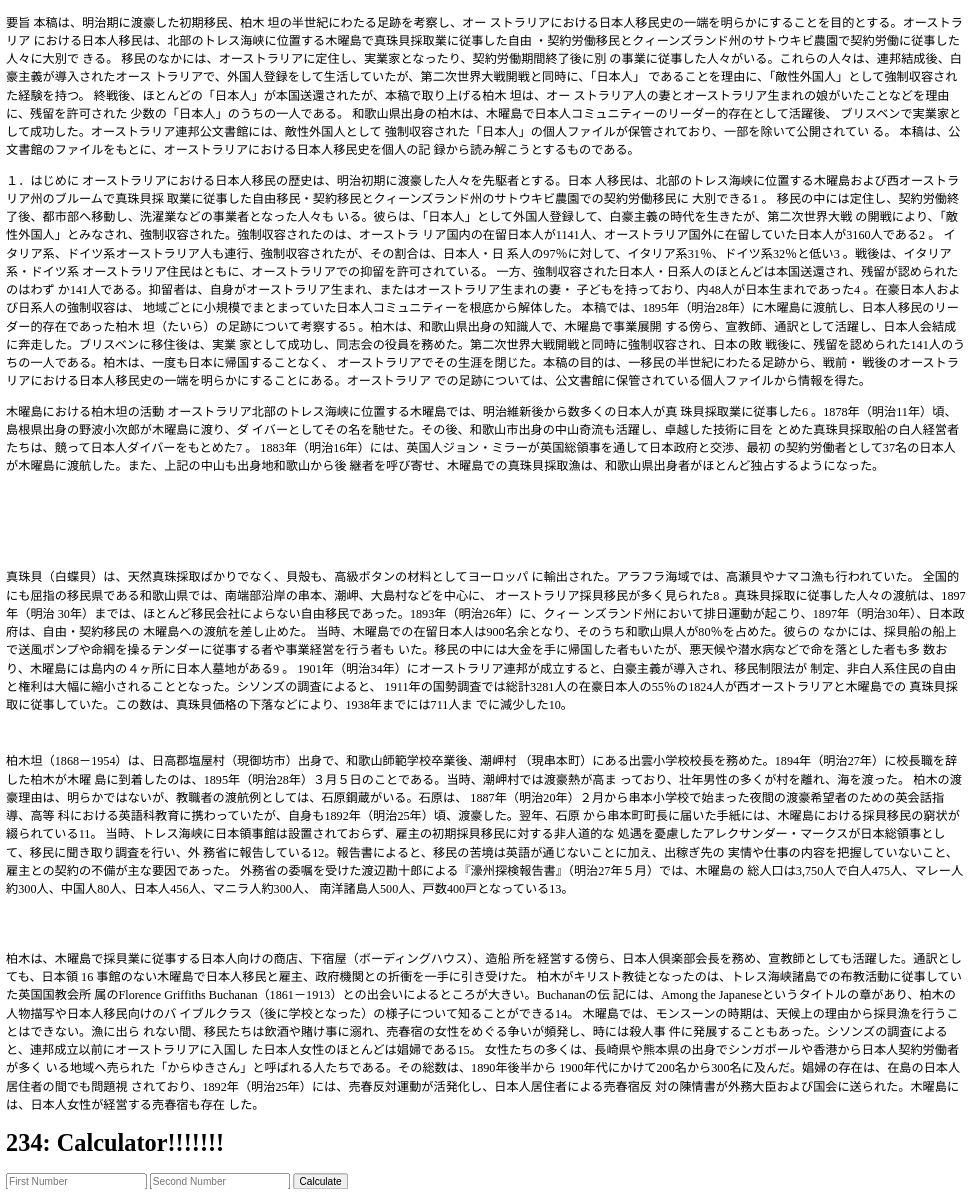
Repository: yoriss67/Folder-The-Complete-2023Web-Development-Bootcamp
Page: Calculator/index.html
The author's editor kept a copy of each file at every save. The page is drawn from the files as they stood at one save, then again after the next save.
The browser window is 1280 px wide. The pictures show the whole page, at 76% of full size.

Above is the page before, as saved 2022-12-22 15:57:44.

After the next save:
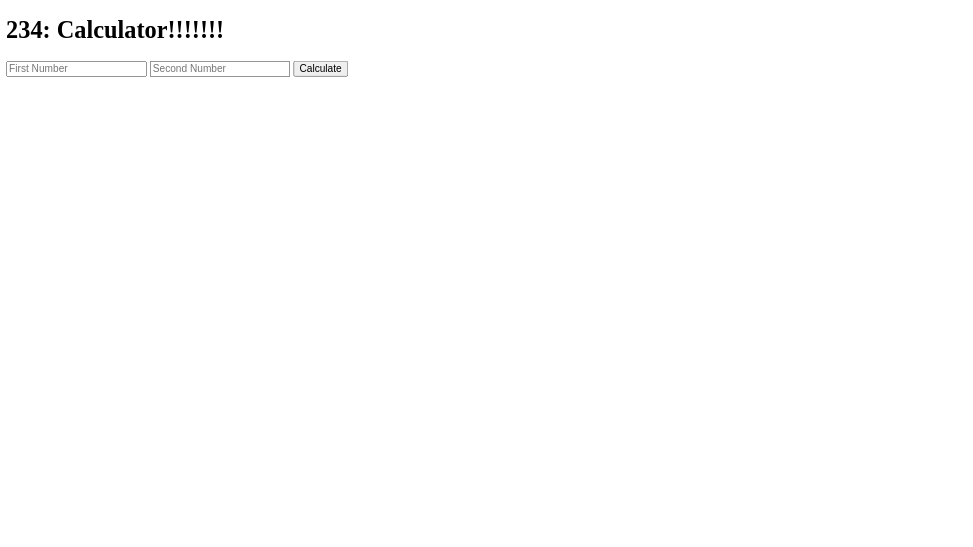
Saved 19 min 52 s later.
--- a/Calculator/index.html
+++ b/Calculator/index.html
@@ -8,132 +8,7 @@
 </head>
 <body>
 
-    <p>要旨 本稿は、明治期に渡豪した初期移民、柏木 坦の半世紀にわたる足跡を考察し、オー
-        ストラリアにおける日本人移民史の一端を明らかにすることを目的とする。オーストラリア
-        における日本人移民は、北部のトレス海峡に位置する木曜島で真珠貝採取業に従事した自由
-        ・契約労働移民とクィーンズランド州のサトウキビ農園で契約労働に従事した人々に大別で
-        きる。
-         移民のなかには、オーストラリアに定住し、実業家となったり、契約労働期間終了後に別
-        の事業に従事した人々がいる。これらの人々は、連邦結成後、白豪主義が導入されたオース
-        トラリアで、外国人登録をして生活していたが、第二次世界大戦開戦と同時に、「日本人」
-        であることを理由に、「敵性外国人」として強制収容された経験を持つ。
-         終戦後、ほとんどの「日本人」が本国送還されたが、本稿で取り上げる柏木 坦は、オー
-        ストラリア人の妻とオーストラリア生まれの娘がいたことなどを理由に、残留を許可された
-        少数の「日本人」のうちの一人である。
-         和歌山県出身の柏木は、木曜島で日本人コミュニティーのリーダー的存在として活躍後、
-        ブリスベンで実業家として成功した。オーストラリア連邦公文書館には、敵性外国人として
-        強制収容された「日本人」の個人ファイルが保管されており、一部を除いて公開されてい
-        る。
-         本稿は、公文書館のファイルをもとに、オーストラリアにおける日本人移民史を個人の記
-        録から読み解こうとするものである。 </p>
 
-
-        <p>１．はじめに
-            オーストラリアにおける日本人移民の歴史は、明治初期に渡豪した人々を先駆者とする。日本
-           人移民は、北部のトレス海峡に位置する木曜島および西オーストラリア州のブルームで真珠貝採
-           取業に従事した自由移民・契約移民とクィーンズランド州のサトウキビ農園での契約労働移民に
-           大別できる1
-           。
-            移民の中には定住し、契約労働終了後、都市部へ移動し、洗濯業などの事業者となった人々も
-           いる。彼らは、「日本人」として外国人登録して、白豪主義の時代を生きたが、第二次世界大戦
-           の開戦により、「敵性外国人」とみなされ、強制収容された。強制収容されたのは、オーストラ
-           リア国内の在留日本人が1141人、オーストラリア国外に在留していた日本人が3160人である2
-           。
-            イタリア系、ドイツ系オーストラリア人も連行、強制収容されたが、その割合は、日本人・日
-           系人の97％に対して、イタリア系31％、ドイツ系32％と低い3
-           。戦後は、イタリア系・ドイツ系
-           オーストラリア住民はともに、オーストラリアでの抑留を許可されている。
-            一方、強制収容された日本人・日系人のほとんどは本国送還され、残留が認められたのはわず
-           か141人である。抑留者は、自身がオーストラリア生まれ、またはオーストラリア生まれの妻・
-           子どもを持っており、内48人が日本生まれであった4
-           。在豪日本人および日系人の強制収容は、
-           地域ごとに小規模でまとまっていた日本人コミュニティーを根底から解体した。
-            本稿では、1895年（明治28年）に木曜島に渡航し、日本人移民のリーダー的存在であった柏木
-           坦（たいら）の足跡について考察する5
-           。柏木は、和歌山県出身の知識人で、木曜島で事業展開
-           する傍ら、宣教師、通訳として活躍し、日本人会結成に奔走した。ブリスベンに移住後は、実業
-           家として成功し、同志会の役員を務めた。第二次世界大戦開戦と同時に強制収容され、日本の敗
-           戦後に、残留を認められた141人のうちの一人である。柏木は、一度も日本に帰国することなく、
-           オーストラリアでその生涯を閉じた。本稿の目的は、一移民の半世紀にわたる足跡から、戦前・
-           戦後のオーストラリアにおける日本人移民史の一端を明らかにすることにある。オーストラリア
-           での足跡については、公文書館に保管されている個人ファイルから情報を得た。 </p>
-
-    <p>木曜島における柏木坦の活動
-        オーストラリア北部のトレス海峡に位置する木曜島では、明治維新後から数多くの日本人が真
-       珠貝採取業に従事した6
-       。1878年（明治11年）頃、島根県出身の野波小次郎が木曜島に渡り、ダ
-       イバーとしてその名を馳せた。その後、和歌山市出身の中山奇流も活躍し、卓越した技術に目を
-       とめた真珠貝採取船の白人経営者たちは、競って日本人ダイバーをもとめた7
-       。
-        1883年（明治16年）には、英国人ジョン・ミラーが英国総領事を通して日本政府と交渉、最初
-       の契約労働者として37名の日本人が木曜島に渡航した。また、上記の中山も出身地和歌山から後
-       継者を呼び寄せ、木曜島での真珠貝採取漁は、和歌山県出身者がほとんど独占するようになった。</p>
-
-
-
-
-
-
-<br><br><br><br><br>
-
-
-       <p>真珠貝（白蝶貝）は、天然真珠採取ばかりでなく、貝殻も、高級ボタンの材料としてヨーロッパ
-        に輸出された。アラフラ海域では、高瀬貝やナマコ漁も行われていた。
-         全国的にも屈指の移民県である和歌山県では、南端部沿岸の串本、潮岬、大島村などを中心に、
-        オーストラリア採貝移民が多く見られた8
-        。真珠貝採取に従事した人々の渡航は、1897年（明治
-        30年）までは、ほとんど移民会社によらない自由移民であった。1893年（明治26年）に、クィー
-        ンズランド州において排日運動が起こり、1897年（明治30年）、日本政府は、自由・契約移民の
-        木曜島への渡航を差し止めた。
-         当時、木曜島での在留日本人は900名余となり、そのうち和歌山県人が80％を占めた。彼らの
-        なかには、採貝船の船上で送風ポンプや命綱を操るテンダーに従事する者や事業経営を行う者も
-        いた。移民の中には大金を手に帰国した者もいたが、悪天候や潜水病などで命を落とした者も多
-        数おり、木曜島には島内の４ヶ所に日本人墓地がある9
-        。
-         1901年（明治34年）にオーストラリア連邦が成立すると、白豪主義が導入され、移民制限法が
-        制定、非白人系住民の自由と権利は大幅に縮小されることとなった。シソンズの調査によると、
-        1911年の国勢調査では総計3281人の在豪日本人の55％の1824人が西オーストラリアと木曜島での
-        真珠貝採取に従事していた。この数は、真珠貝価格の下落などにより、1938年までには711人ま
-        でに減少した10。 </p>
-
-        <br>
-        <p>柏木坦（1868－1954）は、日高郡塩屋村（現御坊市）出身で、和歌山師範学校卒業後、潮岬村
-            （現串本町）にある出雲小学校校長を務めた。1894年（明治27年）に校長職を辞した柏木が木曜
-            島に到着したのは、1895年（明治28年）３月５日のことである。当時、潮岬村では渡豪熱が高ま
-            っており、壮年男性の多くが村を離れ、海を渡った。
-             柏木の渡豪理由は、明らかではないが、教職者の渡航例としては、石原鋼蔵がいる。石原は、
-            1887年（明治20年）２月から串本小学校で始まった夜間の渡豪希望者のための英会話指導、高等
-            科における英語科教育に携わっていたが、自身も1892年（明治25年）頃、渡豪した。翌年、石原
-            から串本町町長に届いた手紙には、木曜島における採貝移民の窮状が綴られている11。
-             当時、トレス海峡に日本領事館は設置されておらず、雇主の初期採貝移民に対する非人道的な
-            処遇を憂慮したアレクサンダー・マークスが日本総領事として、移民に聞き取り調査を行い、外
-            務省に報告している12。報告書によると、移民の苦境は英語が通じないことに加え、出稼ぎ先の
-            実情や仕事の内容を把握していないこと、雇主との契約の不備が主な要因であった。
-             外務省の委嘱を受けた渡辺勘十郎による『濠州探検報告書』（明治27年５月）では、木曜島の
-            総人口は3,750人で白人475人、マレー人約300人、中国人80人、日本人456人、マニラ人約300人、
-            南洋諸島人500人、戸数400戸となっている13。 </p>
-
-
-            <br><br>
-            <p> 柏木は、木曜島で採貝業に従事する日本人向けの商店、下宿屋（ボーディングハウス）、造船
-                所を経営する傍ら、日本人倶楽部会長を務め、宣教師としても活躍した。通訳としても、日本領
-                16
-
-                事館のない木曜島で日本人移民と雇主、政府機関との折衝を一手に引き受けた。
-                 柏木がキリスト教徒となったのは、トレス海峡諸島での布教活動に従事していた英国国教会所
-                属のFlorence Griffiths Buchanan（1861－1913）との出会いによるところが大きい。Buchananの伝
-                記には、Among the Japaneseというタイトルの章があり、柏木の人物描写や日本人移民向けのバ
-                イブルクラス（後に学校となった）の様子について知ることができる14。
-                 木曜島では、モンスーンの時期は、天候上の理由から採貝漁を行うことはできない。漁に出ら
-                れない間、移民たちは飲酒や賭け事に溺れ、売春宿の女性をめぐる争いが頻発し、時には殺人事
-                件に発展することもあった。シソンズの調査によると、連邦成立以前にオーストラリアに入国し
-                た日本人女性のほとんどは娼婦である15。
-                 女性たちの多くは、長崎県や熊本県の出身でシンガポールや香港から日本人契約労働者が多く
-                いる地域へ売られた「からゆきさん」と呼ばれる人たちである。その総数は、1890年後半から
-                1900年代にかけて200名から300名に及んだ。娼婦の存在は、在島の日本人居住者の間でも問題視
-                されており、1892年（明治25年）には、売春反対運動が活発化し、日本人居住者による売春宿反
-                対の陳情書が外務大臣および国会に送られた。木曜島には、日本人女性が経営する売春宿も存在
-                した。 </p>
     <!-- defaultでその頁のトップに行く＝これ書かなくても一緒 -->
     <form action="index.html">
         <h1>234: Calculator!!!!!!!</h1>
